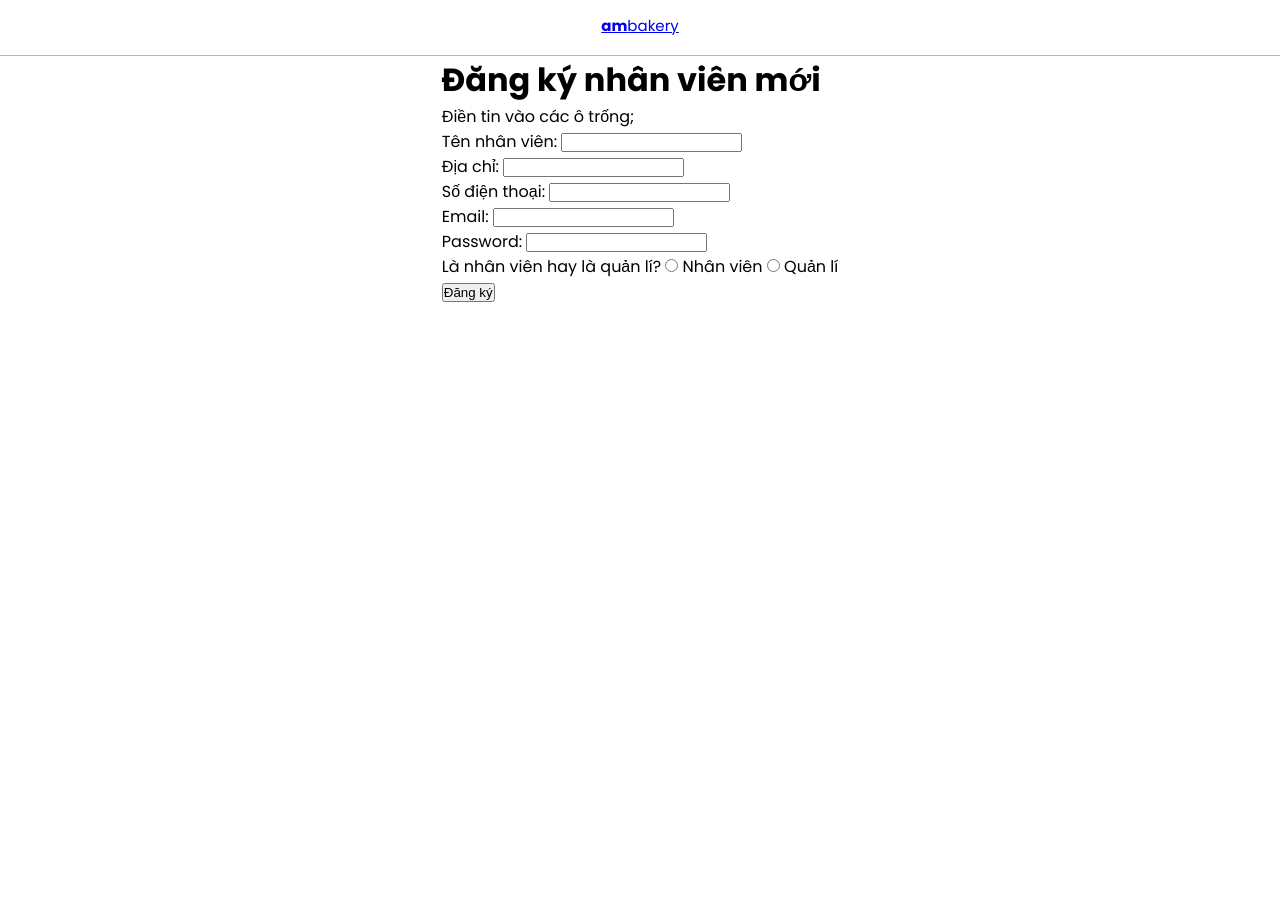
Repository: ntsanq/AmBakery
Page: http://localhost/j2school_Project/admin/dashboard_quanly/form_them_nhanvien.php
These files come from the project's save history. The page is drawn as it stood at one moment and after the next save; the edit follows.
The browser window is 1280 px wide. The pictures show the whole page.
The page is run by PHP 8.4 with error messages shown; the project is at /var/www/html/.

Above is the page before, as saved 2021-12-21 22:48:57.

### admin/dashboard_quanly/form_them_nhanvien.php
<!DOCTYPE html>
<html>
<head>
	<meta charset="utf-8">
	<meta name="viewport" content="width=device-width, initial-scale=1">
	<title>Đăng ký cho nhân viên</title>
	<link rel="stylesheet" href="css/form.css">
	<link href="https://fonts.googleapis.com/css2?family=Poppins:wght@300;400;500;600;700&family=Roboto:wght@500&display=swap0" rel="stylesheet">
</head>
<body>
<header>
        <div id="header">
            <a href="#" class="header__logo" >
                <span><b>am</b>bakery</span>
            </a>
        </div>
    </header>
	<div class="container">
		<form action="them_nhanvien_process.php" method="POST">
			<div >
				<h1>Đăng ký nhân viên mới</h1>
				<p>Điền	 tin vào các ô trống;</p>

				<!-- <label for="ma">Mã nhân viên: </label>
				<input type="text" name="ma">
				<br> -->
				<label for="ten">Tên nhân viên: </label>
				<input type="text" name="ten">
				<br>
				<label for="dia_chi">Địa chỉ: </label>
				<input type="text" name="dia_chi">
				<br>
				<label for="sdt">Số điện thoại: </label>
				<input type="text" name="sdt">
				<br>
				<label for="email">Email: </label>
				<input type="text" name="email">
				<br>
				<label for="mat_khau">Password: </label>
				<input type="password" name="mat_khau">
				<br>
				<label for="cap_do">Là nhân viên hay là quản lí?  </label>
				<input type="radio" name="cap_do" value="0">
				<label for="nhan_vien">Nhân viên </label>
				<input type="radio" name="cap_do" value="1">
				<label for="quan_li">Quản lí </label>
				<br>
				 <input type="submit" id="them_nhanvien_btn" value="Đăng ký">
			</div>
		</form>
	</div>
</body>
</html>

### admin/dashboard_quanly/css/form.css
*{
	margin: 0;
	padding: 0;
}

html{
	box-sizing: border-box;
	font-size: 62.5%; /*10px*/
}

body{
	font-family: "Poppins", sans-serif;
	font-size: 1.6rem;
	height:90rem;
	font-weight: 400;


}
header{
	width: 100%;
	height: 50px;
	font-family: inherit;
	display: flex;
	justify-content: center;
	align-items: center;
	font-size: 1.5rem;
	padding-bottom: 0.5rem;
	border-bottom: 1px solid rgb(187, 179, 179);
	position: relative;
	background-color: white;
}
.container{
  width: 1200px;
  margin: 0 auto;
  display: flex;
  justify-content: center;
  align-items: center;
}
.container form{
  margin: 0 auto;
}

After the next save:
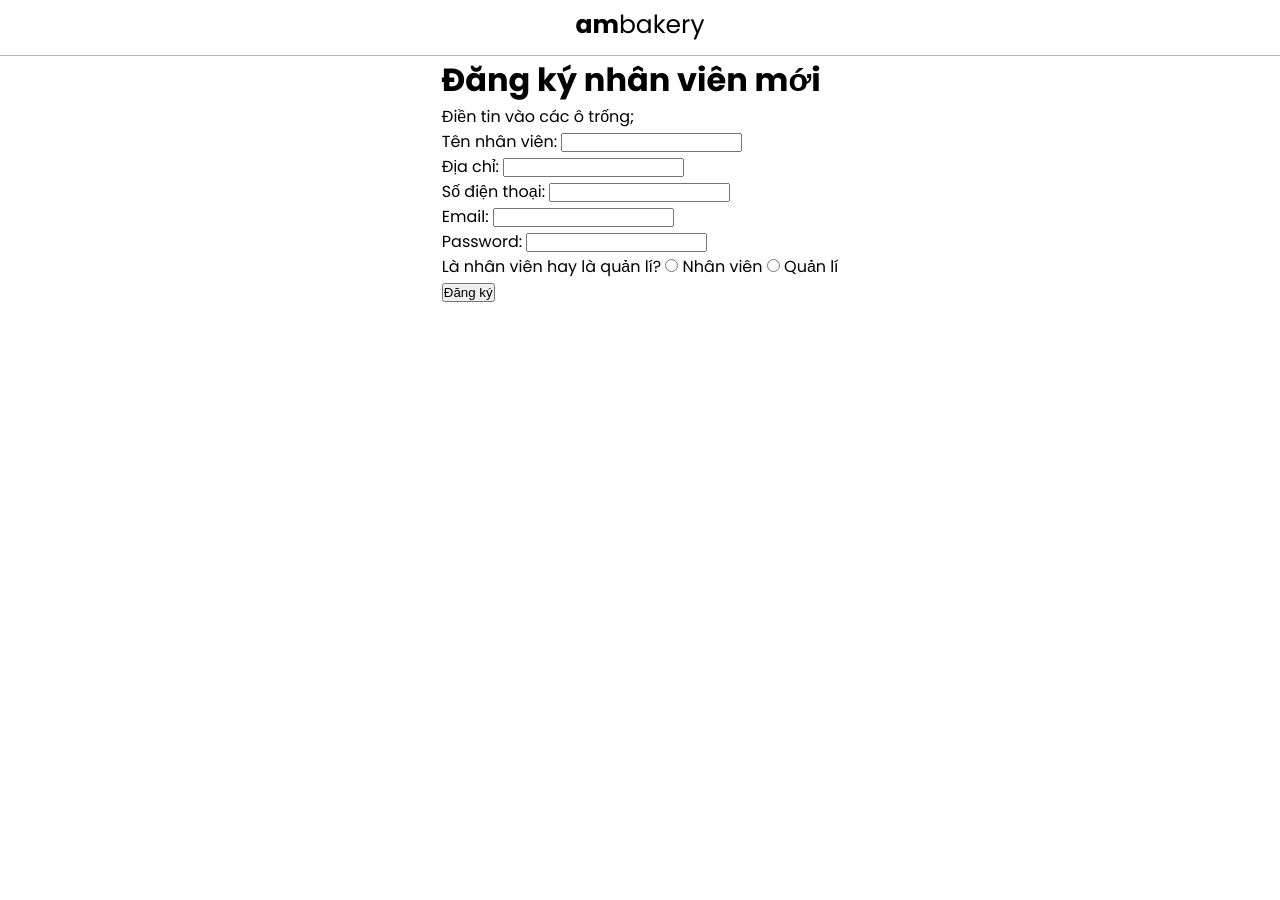
Saved 32 s later.
--- a/admin/dashboard_quanly/css/form.css
+++ b/admin/dashboard_quanly/css/form.css
@@ -29,6 +29,16 @@ header{
 	position: relative;
 	background-color: white;
 }
+a{
+	text-decoration: none;
+	color: black;
+}
+p{
+	margin-bottom: 0%;
+}
+.header__logo span{
+	font-size: 2.5rem;
+}
 .container{
   width: 1200px;
   margin: 0 auto;
